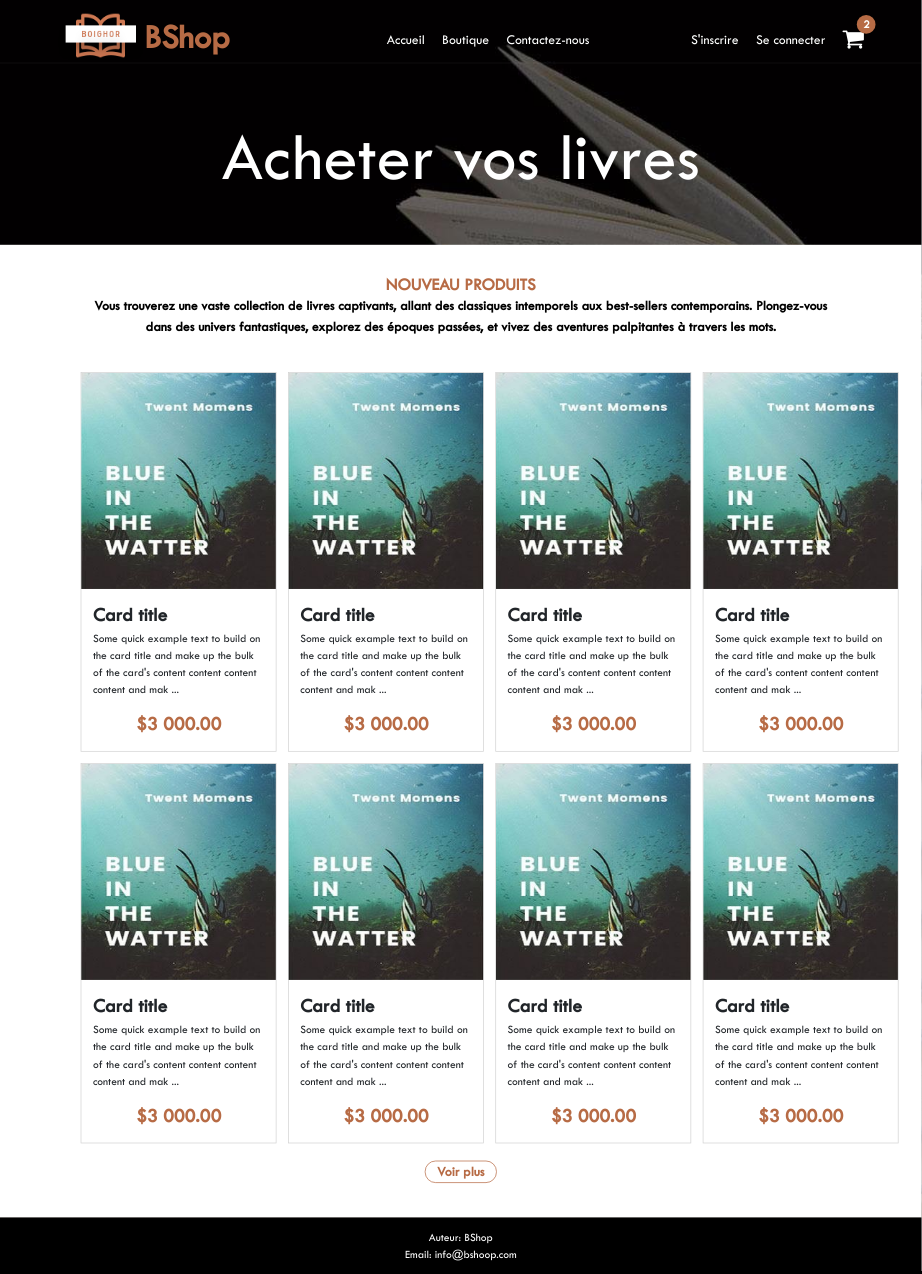
Repository: padevft/e-commerce-php
Page: http://localhost/
An editor plug-in stored every save of this project. The page is shown before and after the next save, followed by the edit.
The browser window is 1280 px wide. The pictures show the whole page, at 72% of full size.
The page is run by PHP 8.4 with error messages shown; the project is at /var/www/html/.

Above is the page before, as saved 2023-09-18 02:40:10.

After the next save:
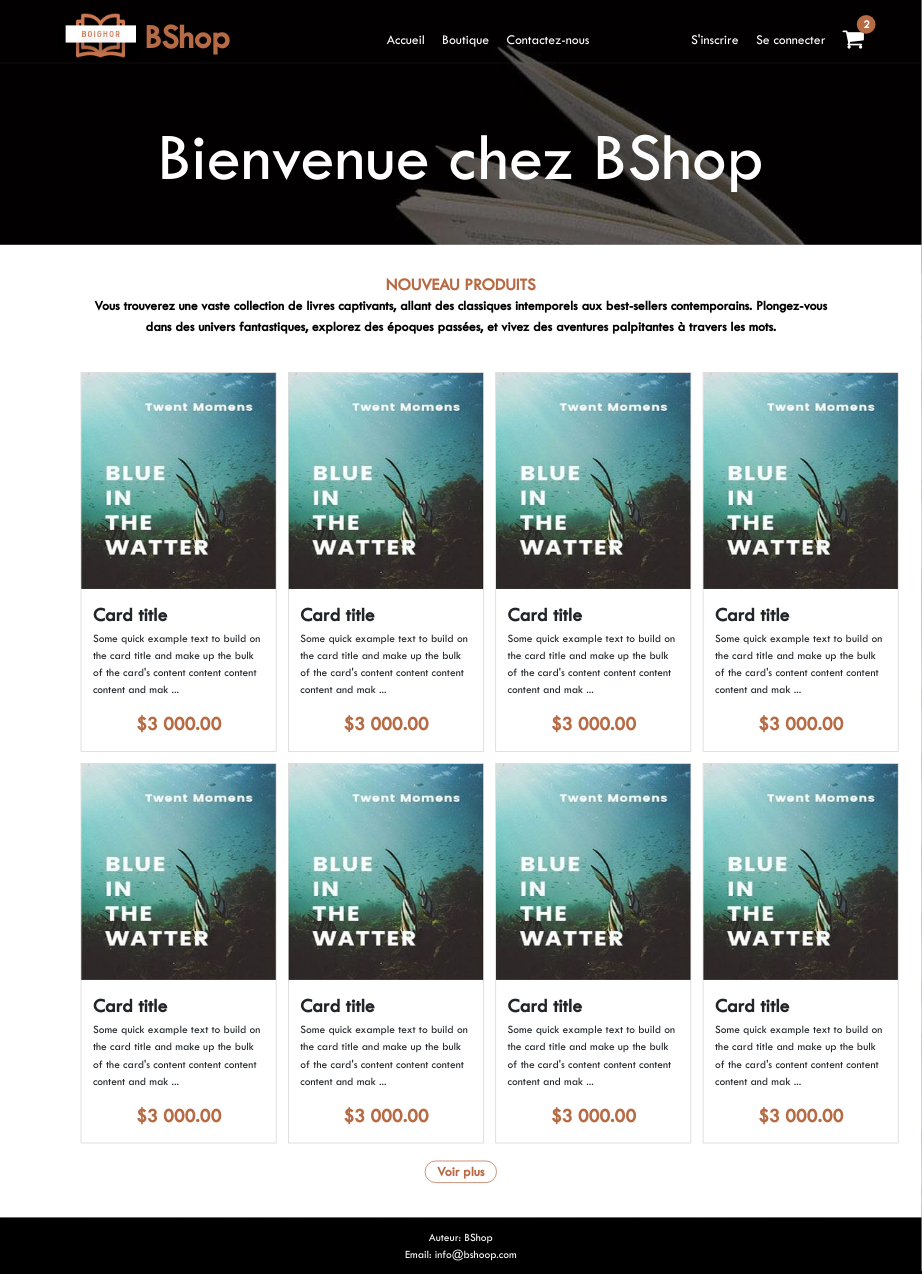
Saved 105 s later.
--- a/index.php
+++ b/index.php
@@ -24,7 +24,7 @@
     <main>
       <div class="d-flex align-items-center justify-content-center pt-5 container-intro">
         <span class="text-intro">
-          Acheter vos livres
+         Bienvenue chez BShop
         </span>
       </div>
       <div class="container-products">

After the save that followed:
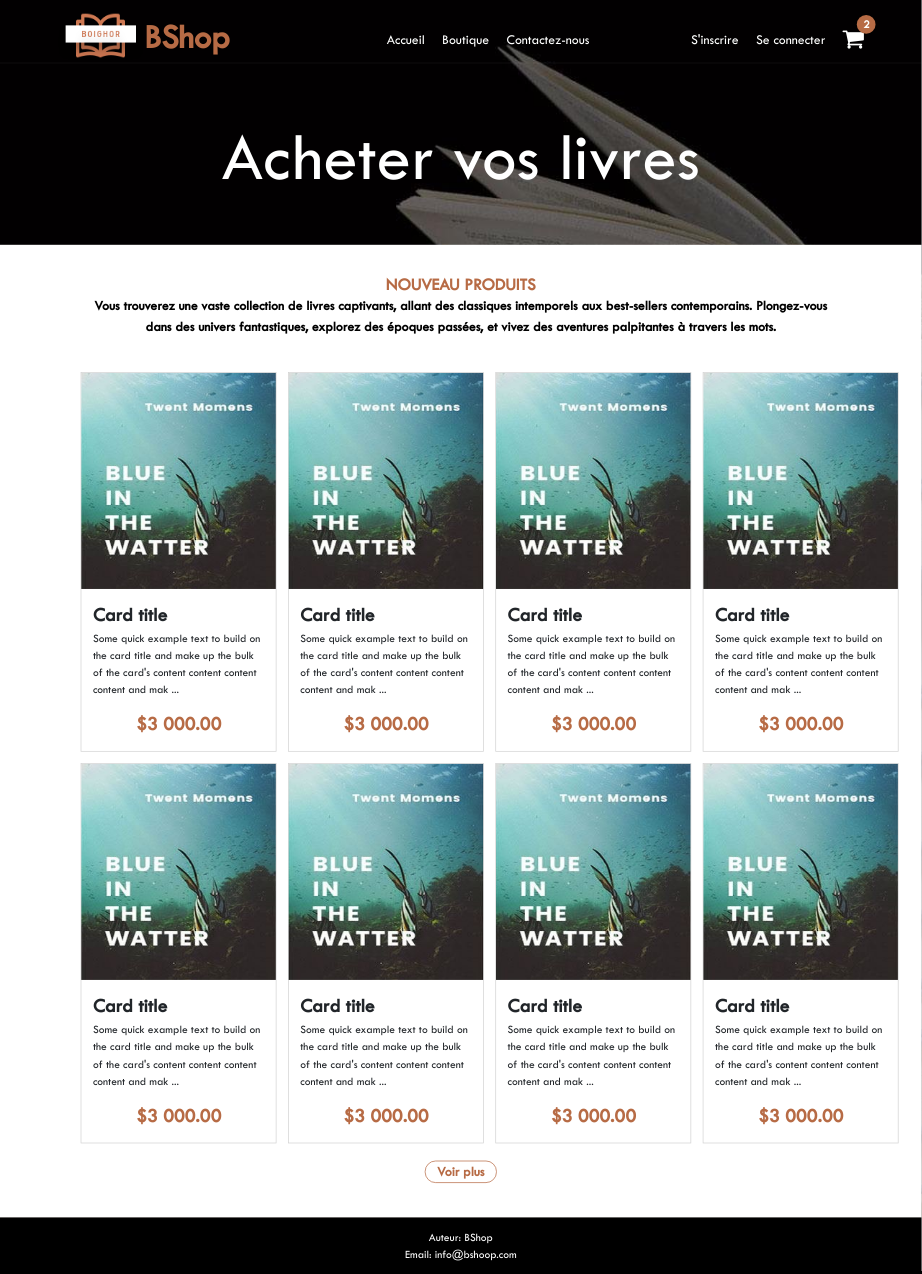
Saved 52 s later.
--- a/index.php
+++ b/index.php
@@ -24,7 +24,7 @@
     <main>
       <div class="d-flex align-items-center justify-content-center pt-5 container-intro">
         <span class="text-intro">
-         Bienvenue chez BShop
+          Acheter vos livres
         </span>
       </div>
       <div class="container-products">
